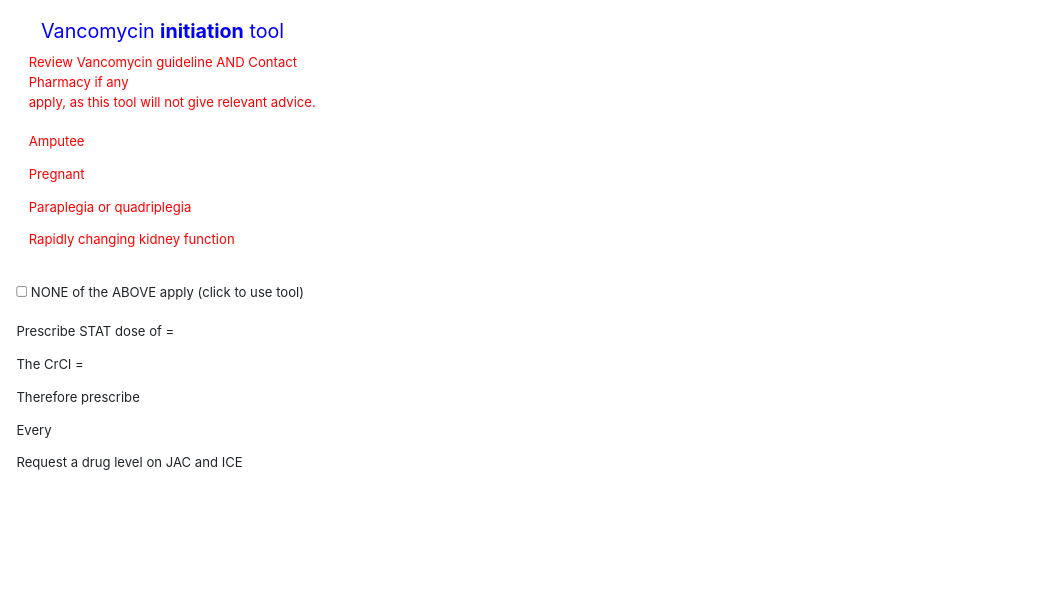
Repository: Mismiles/project-clinical-calculator
Page: index.html
The author's editor kept a record of every edit. The page is drawn from the files as they stood at one moment, then again after the next edit.
The browser window is 1280 px wide. The pictures show the whole page, at 82% of full size.
Empty fields were first filled with sample values (such as "Sample", 5 or name@example.com).
After loading, the first visible `#overweight` was clicked once.

Above is the page before.

### index.html
<!doctype html>
<html lang="en">
  <head>
    <!-- Required meta tags -->
    <meta charset="utf-8">
    <meta name="viewport" content="width=device-width, initial-scale=1, shrink-to-fit=no">

    <!-- Bootstrap CSS -->
    <link rel="stylesheet" href="https://stackpath.bootstrapcdn.com/bootstrap/4.3.1/css/bootstrap.min.css" integrity="sha384-ggOyR0iXCbMQv3Xipma34MD+dH/1fQ784/j6cY/iJTQUOhcWr7x9JvoRxT2MZw1T" crossorigin="anonymous">

    <!-- Custom CSS -->
    <link href="css/stylesheet.css" rel="stylesheet">

    <title>Vancomycin calculation tool</title>

  </head>
  <body>

<form name="vanc">
<fieldset>

<!-- Form Name -->
<legend>Vancomycin <b>initiation</b> tool</legend>

<!-- Parameters -->
  <div class="col-lg-4 statement" for="parameters" style="color:red">Review Vancomycin guideline AND Contact Pharmacy if any<br> apply, as this tool will not give relevant advice.
    <br>
    <br>
    <p>Amputee</p>
    <p>Pregnant</p>
    <p>Paraplegia or quadriplegia</p>
    <p>Rapidly changing kidney function</p>
	</div>


<!-- Safe to use tool-->
	<br>
      <input type="checkbox" name="parameters" id="showform" onclick="displayForm()">
      NONE of the ABOVE apply (click to use tool)
  </div>
</div>


<section id='vancform'>
<!-- Indication-->
<div class="form-group">
  <label class="col-md-4 control-label" for="indication"><b>Indication</b></label>
  <div class="col-md-4">
  <input id="indication" name="indication" type="text" autocomplete="off" placeholder="Specify" class="form-control input-md" required="">
  </div>
</div>

<!-- Gender -->
<div class="form-group" required="">
  <label class="col-md-4 control-label" for="gender"><b>Gender</b></label>
  <div class="col-md-4">
   <div class="btn-group btn-group-toggle" data-toggle="buttons">
  <label class="btn btn-outline-primary">
    <input type="radio" name="options" id="male" autocomplete="off"> Male
  </label>
  <label class="btn btn-outline-danger">
    <input type="radio" name="options" id="female" autocomplete="off"> Female
  </label>
</div>
  </div>
</div>

<!-- Age-->
<div class="form-group">
  <label class="col-md-4 control-label" for="age"><b>Age</b></label>
  <div class="col-md-4">
  <input id="age" name="age" type="text" maxlength="3" placeholder="Age in years" autocomplete="off" class="form-control input-md" required="">
  </div>
</div>

<!-- Weight-->
<div class="form-group">
  <label class="col-md-4 control-label" for="weight"><b>Weight in kg</b></label>
  <div class="col-md-4">
  <input id="weight" name="weight" type="text" maxlength="3" placeholder="Weight in kg" autocomplete="off" class="form-control input-md" required="">
</div>
</div>

<!-- Date picker-->
<div class="form-group"> <!-- Date input -->
        <label class="col-md-4 control-label" for="date"><b>Date Weight Taken</b></label>
          <div class="col-md-4">
        <input id="form-control input-md date" name="date" autocomplete="off" placeholder="MM/DD/YYY" type="text"/>
          </div>
</div>

  <div class="checkbox">
    <label for="parameters-0">
      <input type="radio" name="parameters" id="overweight" value="" onclick="displayHeight()">
      Overweight (BMI &gt; 25). <span style="color:green"><i>Tick to help calculate BMI.</i></span>
    </label>
	</div>
  <div class="checkbox">
    <label for="parameters-1">
      <input type="radio" name="parameters" id="underweight" value="" onclick="displayHeight()">
      Underweight (BMI &lt; 18.5). <span style="color:green"><i>Tick to help calculate BMI.</i></span>
    </label>
	</div>
	 <div class="checkbox">
    <label for="parameters-1">
      <input type="radio" name="parameters" id="normalweight" value="" onclick="displayHeight()">
      Normal weight (BMI &gt; 18.5 and &lt; 25)
    </label>
	</div>
</div>
</div>

<br>
<!-- Height-->
<section id="heightbox">
<div class="form-group">
  <label class="col-md-4 control-label" for="height"><b>Height</b></label>
  <div class="col-md-4">
  <input id="height" name="height" type="text" maxlength="3" autocomplete="off" placeholder="Height in cm" class="form-control input-md" required>
  </div>
</div>
</section>

<!-- Creatinine-->
<div class="form-group">
  <label class="col-md-4 control-label" for="creatinine"><b>Serum Creatinine in µmol/L</b></label>
  <div class="col-md-4">
  <input id="creatinine" name="creatinine" type="text" autocomplete="off" maxlength="3" placeholder="Creatinine" class="form-control input-md" data-bind="value:replyNumber" required="">

  </div>
</div>

<!-- Button -->
<div class="form-group">
  <label class="col-md-4 control-label" for="calculate"></label>
  <div class="col-md-4">
    <script type="text/javascript" src="js/calculation.js"></script>
    <button id="calc" name="calculate" type="submit" class="btn btn-primary" onclick="getAdvice" >Display dose and monitoring advice</button>
  </div>
</div>

</fieldset>
</form>

<br>
<p id="output_text">Prescribe STAT dose of =</p>
<p id="output_text">The CrCl =</p>
<p id="output_text">Therefore prescribe</p>
<p id="output_text">Every <b></b></p>
<p id="output_text">Request a drug level on JAC and ICE</p>
</section>

<!-- Image carousel -->
  <div id="carouselExampleIndicators" class="carousel slide row" data-ride="carousel">
  <ol class="carousel-indicators">
    <li data-target="#carouselExampleIndicators" data-slide-to="0" class="active"></li>
    <li data-target="#carouselExampleIndicators" data-slide-to="1"></li>
    <li data-target="#carouselExampleIndicators" data-slide-to="2"></li>
    <li data-target="#carouselExampleIndicators" data-slide-to="3"></li>
    <li data-target="#carouselExampleIndicators" data-slide-to="4"></li>
    <li data-target="#carouselExampleIndicators" data-slide-to="5"></li>
    <li data-target="#carouselExampleIndicators" data-slide-to="6"></li>
    <li data-target="#carouselExampleIndicators" data-slide-to="7"></li>
    <li data-target="#carouselExampleIndicators" data-slide-to="8"></li>
    <li data-target="#carouselExampleIndicators" data-slide-to="9"></li>
  </ol>
  <div class="carousel-inner">
    <div class="carousel-item active">
      <img class="d-block w-60" src="images/vanc1.jpg" alt="First slide">
    </div>
    <div class="carousel-item">
      <img class="d-block w-60" src="images/app1.jpg" alt="Second slide">
    </div>
    <div class="carousel-item">
      <img class="d-block w-60" src="images/app2.jpg" alt="Third slide">
    </div>
    <div class="carousel-item">
      <img class="d-block w-60" src="images/app3.jpg" alt="Fourth slide">
    </div>
    <div class="carousel-item">
      <img class="d-block w-60" src="images/app41.jpg" alt="Fifth slide">
    </div>
    <div class="carousel-item">
      <img class="d-block w-60" src="images/app42.jpg" alt="Sixth slide">
    </div>
     <div class="carousel-item">
      <img class="d-block w-60" src="images/app43.jpg" alt="Seventh slide">
    </div>
     <div class="carousel-item">
      <img class="d-block w-60" src="images/app5.jpg" alt="Eigth slide">
     </div>
     <div class="carousel-item">
      <img class="d-block w-60" src="images/app6.jpg" alt="Ninth slide">
     </div>
  </div>

  <a class="carousel-control-prev" href="#carouselExampleIndicators" role="button" data-slide="prev">
    <span class="carousel-control-prev-icon" aria-hidden="true"></span>
    <span class="sr-only">Previous</span>
  </a>
  <a class="carousel-control-next" href="#carouselExampleIndicators" role="button" data-slide="next">
    <span class="carousel-control-next-icon" aria-hidden="true"></span>
    <span class="sr-only">Next</span>
  </a>
</div>


    <!-- jQuery first, then Popper.js, then Bootstrap JS -->
    <script src="https://code.jquery.com/jquery-3.3.1.slim.min.js" integrity="sha384-q8i/X+965DzO0rT7abK41JStQIAqVgRVzpbzo5smXKp4YfRvH+8abtTE1Pi6jizo" crossorigin="anonymous"></script>
    <script src="https://cdnjs.cloudflare.com/ajax/libs/popper.js/1.14.7/umd/popper.min.js" integrity="sha384-UO2eT0CpHqdSJQ6hJty5KVphtPhzWj9WO1clHTMGa3JDZwrnQq4sF86dIHNDz0W1" crossorigin="anonymous"></script>
    <script src="https://stackpath.bootstrapcdn.com/bootstrap/4.3.1/js/bootstrap.min.js" integrity="sha384-JjSmVgyd0p3pXB1rRibZUAYoIIy6OrQ6VrjIEaFf/nJGzIxFDsf4x0xIM+B07jRM" crossorigin="anonymous"></script>

        <!-- Calulation JavaScript Code-->
    <script type="text/javascript" href="js/calculation.js"></script>

  </body>
</html>

### css/stylesheet.css
body {
    position: relative;
    font-size: 1em;
    margin-left: 20px;
    margin-top: 20px;

}

legend {
    padding-left: 30px;
    color: blue;
}

.parameters {
 border-style: solid;
 border-color: green;
 white-space: nowrap;
 width: 150px;
 overflow: hidden;
 text-overflow: ellipsis;
  }


.height{
  display: none !important;
}

.svancform {
  display: none !important;
}

.carousel {
  width:740px;
  height:860px;
  display: none !important;
}

### js/calculation.js
    //declare global variables
    var age = document.forms["vanc"]["age"].value;
    var weight = document.forms["vanc"]["weight"].value;
    var height = document.forms["vanc"]["height"].value;
    var creatinine = document.forms["vanc"]["creatinine"].value;
    // var male = document.forms["vanc"]["gender"].male;
    // var female = document.forms["vanc"]["gender"].female;
    var bmi = weight/(height/100*height/100);

    console.log('connected');

    // this function displays the form when the checkbox is true
    function displayForm() {
        var checkbox = document.getElementById('showform');
        var vancform = document.getElementById('vancform');
        if (checkbox.checked) {
            vancform.style.display = 'block';
        } else {
            vancform.style.display = 'none';
        }
    }

    //this function displays the height box if under OR overweight is slected
    function displayHeight() {
        var underWeight = document.getElementById('showform');
        var overWeight = document.getElementById('vancform');
        if (underWeight.checked) {
            vancform.style.display = 'block';
        } else {
            vancform.style.display = 'none';
        }
    }


        // Initial dose calculation
        var vDose;

        function dose() {
            //get the input

            if (isNaN(weight)) {
                outputText = "<em>Weight</em>must be a number!";
            } else if (weight < 40) {
                vDose = 750;
            } else if (weight >=40 && weight<= 59) {
                vDose = 1000;
            } else if (weight >=60 && weight<= 90) {
                vDose = 1500;
            } else if (weight >59) {
                vDose = 2000;
            }
            document.getElementById("output_text").innerHTML = vDose;
        }


        // Crcl without gender or creatinine adjustment
        var outputText;

        function CrCl0() {
            // male = document.getElementById("gender").value = "M";
            // female = document.getElementById("gender").value = "F";

            // validate age, weight, creatinie
            if (age < 18) {
                outputText = "<em>Age</em> cannot equal less than 18!";
            } else if (isNaN(age)) {
                outputText = "<em>Age</em> must be a number!";
            } else if (isNaN(weight)) {
                outputText = "<em>Weight</em> must be a number!";
            } else if (isNaN(creatinine)) {
                outputText = "<em>Creatinine</em> must be a number!";
            } else {
                var CrCl0 = ((140-age)*weight);
            }

            // output the result (or errors)
            document.getElementById("output_text").innerHTML = outputText;
        }

        // CrCl with gender adjustment
        function kidneygender(){
        var resultG;
            if (male){
                resultG = CrCl0 *1.23;
            } else{
                resultG = CrCl0 *1.04;
            }


        // CrCl with creatinine
        function CrCl(){
        var creatinine = document.forms["vanc"]["creatine"].value;
        var CrCl = resultG/creatinine;
        }


        //Calculate of BMI
        function bmi() {
            var bmi = weight/(height/100*height/100)
        }

        //If overweight, calculate IBW
        function overWeight () {
            if (bmi > 25 && male) {
                 50+(0.91*(height-152.4));
            }
            else if (bmi > 25) {
                 45+(0.91*(height-152.4));
            }
        }

        //

        //If Underweight, adjust CrCl
        function underweight(){
            var underweight;
            underweight = CrCl*0.69;
        }
    }

After the next edit:
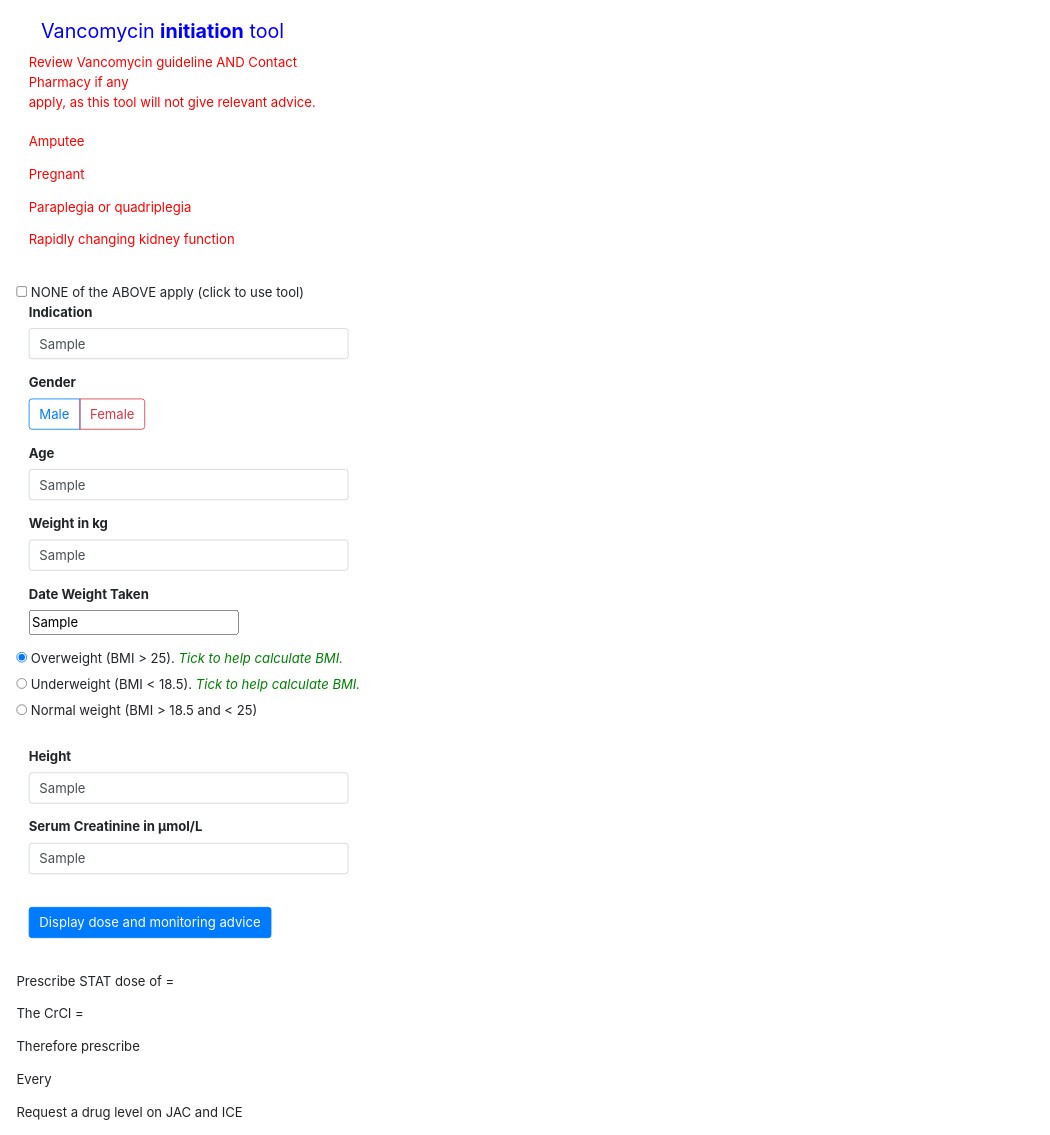
Console error: SyntaxError: Unexpected token 'else'
The edit:
--- a/js/calculation.js
+++ b/js/calculation.js
@@ -26,6 +26,8 @@
         var overWeight = document.getElementById('vancform');
         if (underWeight.checked) {
             vancform.style.display = 'block';
+        } else {
+            vancform.style.display = 'none';
         } else {
             vancform.style.display = 'none';
         }

After the edit that followed:
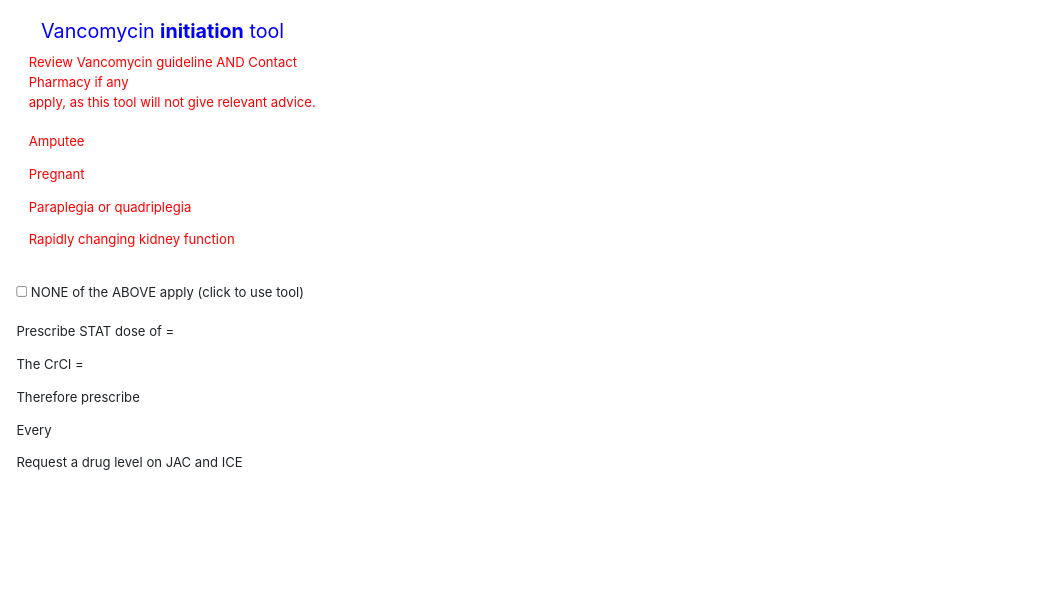
The error is gone.
The edit:
--- a/js/calculation.js
+++ b/js/calculation.js
@@ -26,8 +26,8 @@
         var overWeight = document.getElementById('vancform');
         if (underWeight.checked) {
             vancform.style.display = 'block';
-        } else {
-            vancform.style.display = 'none';
+        } else if (overWeight.checked) {
+            height.style.display = 'block';
         } else {
             vancform.style.display = 'none';
         }
